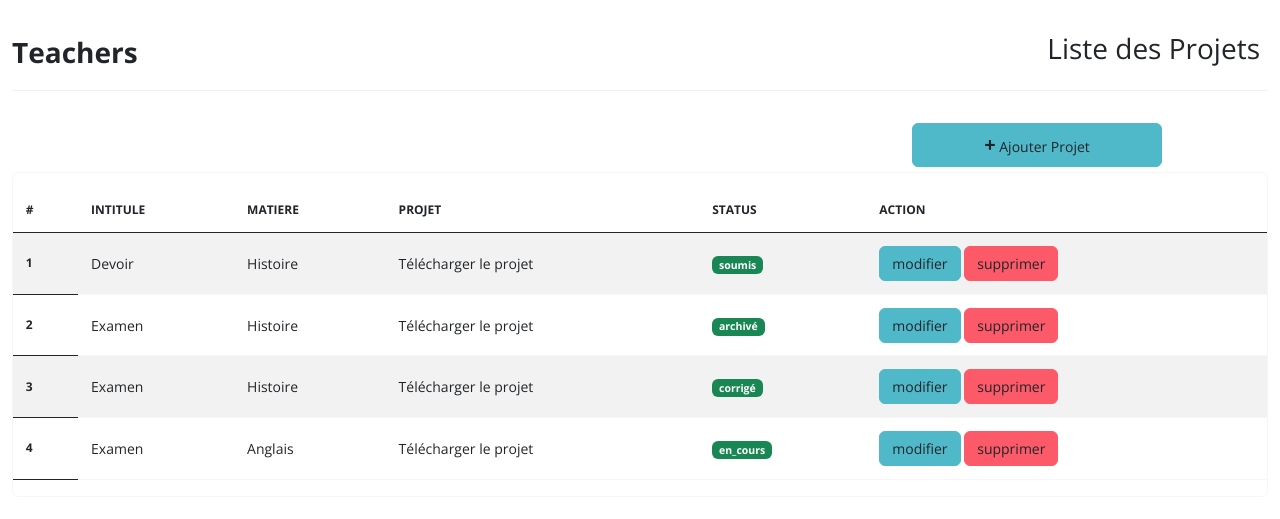
Repository: dimitri0004/Moodle
Page: http://localhost/enseignant/projet/
An editor plug-in stored every save of this project. The page is shown before and after the next save, followed by the edit.
The browser window is 1280 px wide. The pictures show the whole page.
The page is served by the project's application, run on Django 4.2 (manage.py). The database holds what the project's SQL file puts in it.

Above is the page before, as saved 2023-08-19 03:45:23.
Console error: TypeError: Cannot set properties of null (setting 'innerHTML')

After the next save:
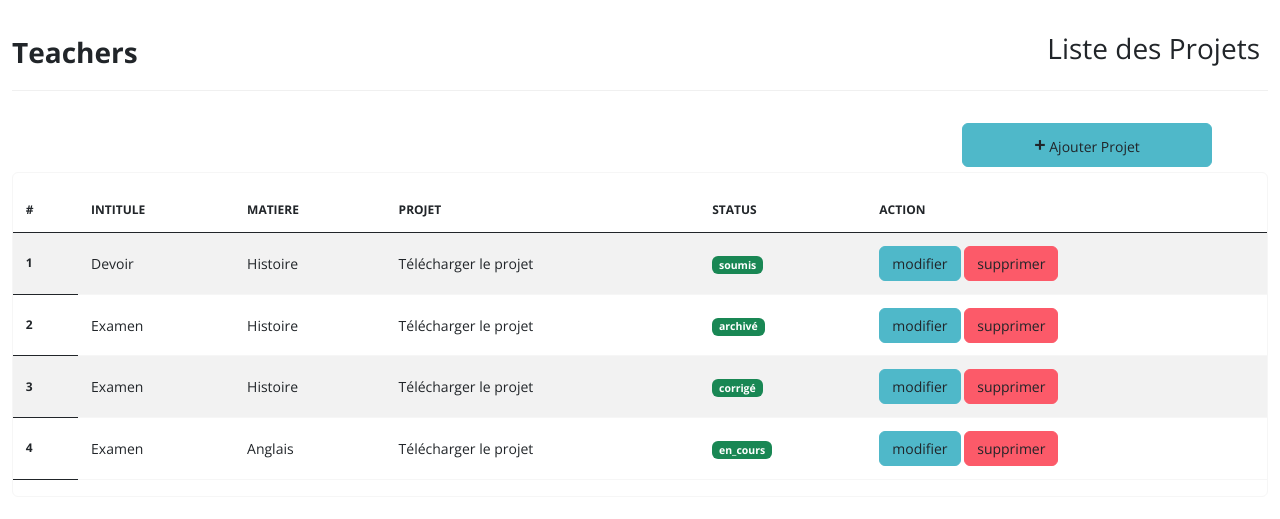
Saved 1 s later.
--- a/templates/Enseignant/Projet/index.html
+++ b/templates/Enseignant/Projet/index.html
@@ -19,7 +19,7 @@
         <div class="">
             <div class="col">
                 <h3></h3>
-                <a href="{% url 'ajouter_projet' %}" style="width: 250px; margin-left:900px;margin-bottom:5px" class="btn btn-info"><strong style="font-size: 20px; ">+</strong> Ajouter Projet</a>
+                <a href="{% url 'ajouter_projet' %}" style="width: 250px; margin-left:950px;margin-bottom:5px" class="btn btn-info"><strong style="font-size: 20px; ">+</strong> Ajouter Projet</a>
                 <div class="card teacher-card">
 
                     <p class=" alert-success">{{ message }}</p>
